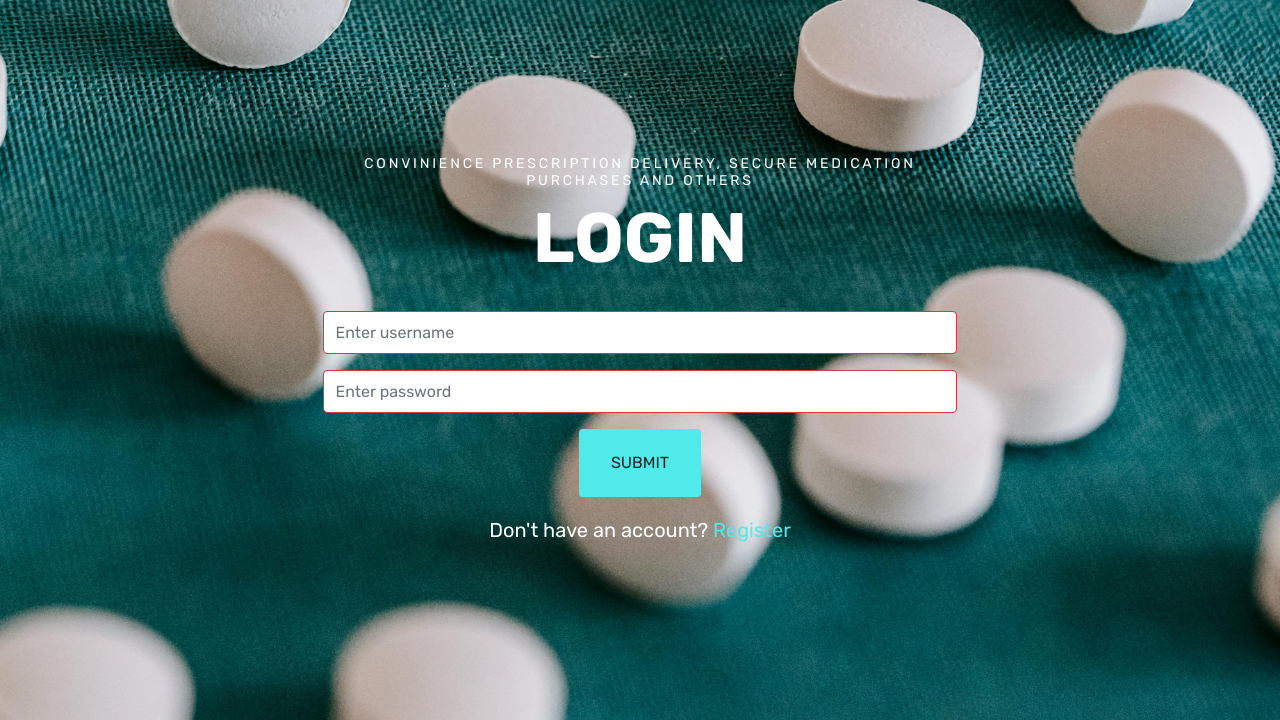
Repository: Argivist/Web-Doctor
Page: http://localhost/login/register.php
These files come from the project's save history. The page is drawn as it stood at one moment and after the next save; the edit follows.
The browser window is 1280 px wide. The pictures show the whole page.
Some web fonts or font styles are not loaded; a fallback is used. The page is run by PHP 8.4 with error messages shown; the project is at /var/www/html/.

Above is the page before, as saved 2024-02-18 17:32:06.

After the next save:
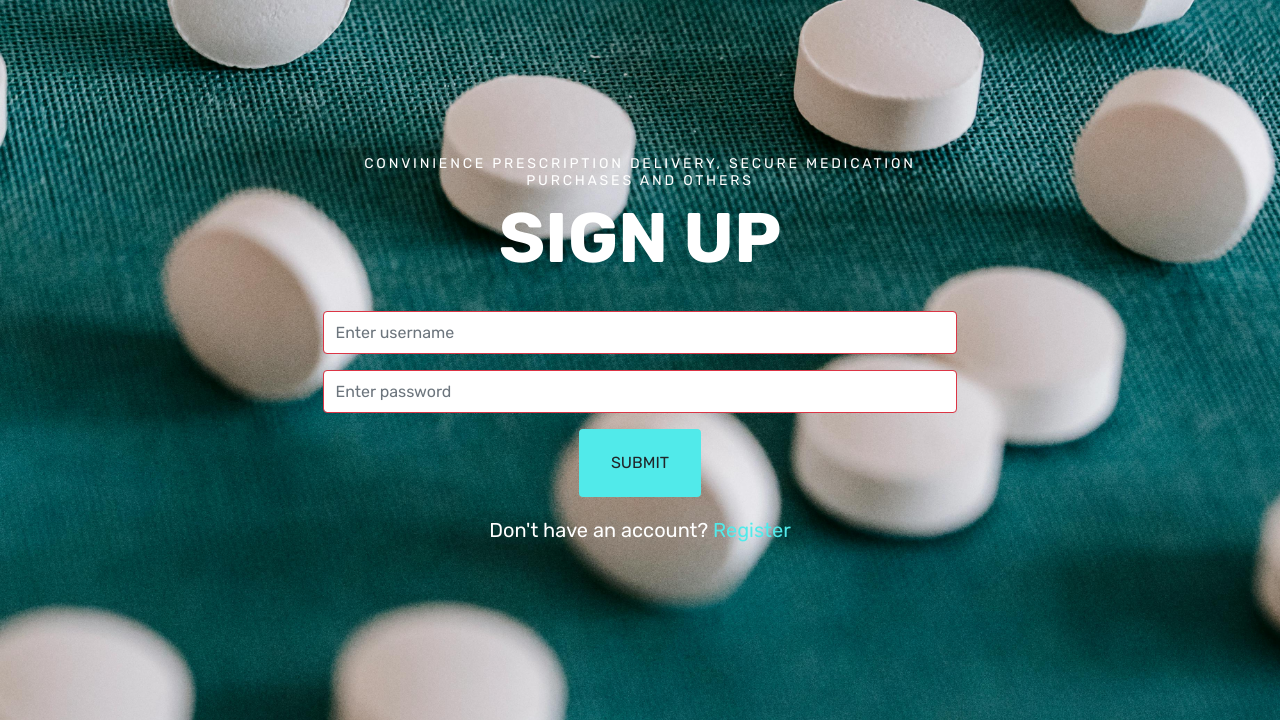
Saved 20 s later.
--- a/login/register.php
+++ b/login/register.php
@@ -29,7 +29,7 @@
                                                     } else {
                                                         echo "Convinience Prescription Delivery, Secure Medication Purchases and others";
                                                     } ?></h2>
-                            <h1>Login</h1>
+                            <h1>Sign Up</h1>
                             <form action="../actions/login_user.php" method="POST" class="was-validated">
                                 <div class="mb-3 mt-3 ">
                                     <input type="text" class="form-control" id="uname" placeholder="Enter username" name="uname" required>
